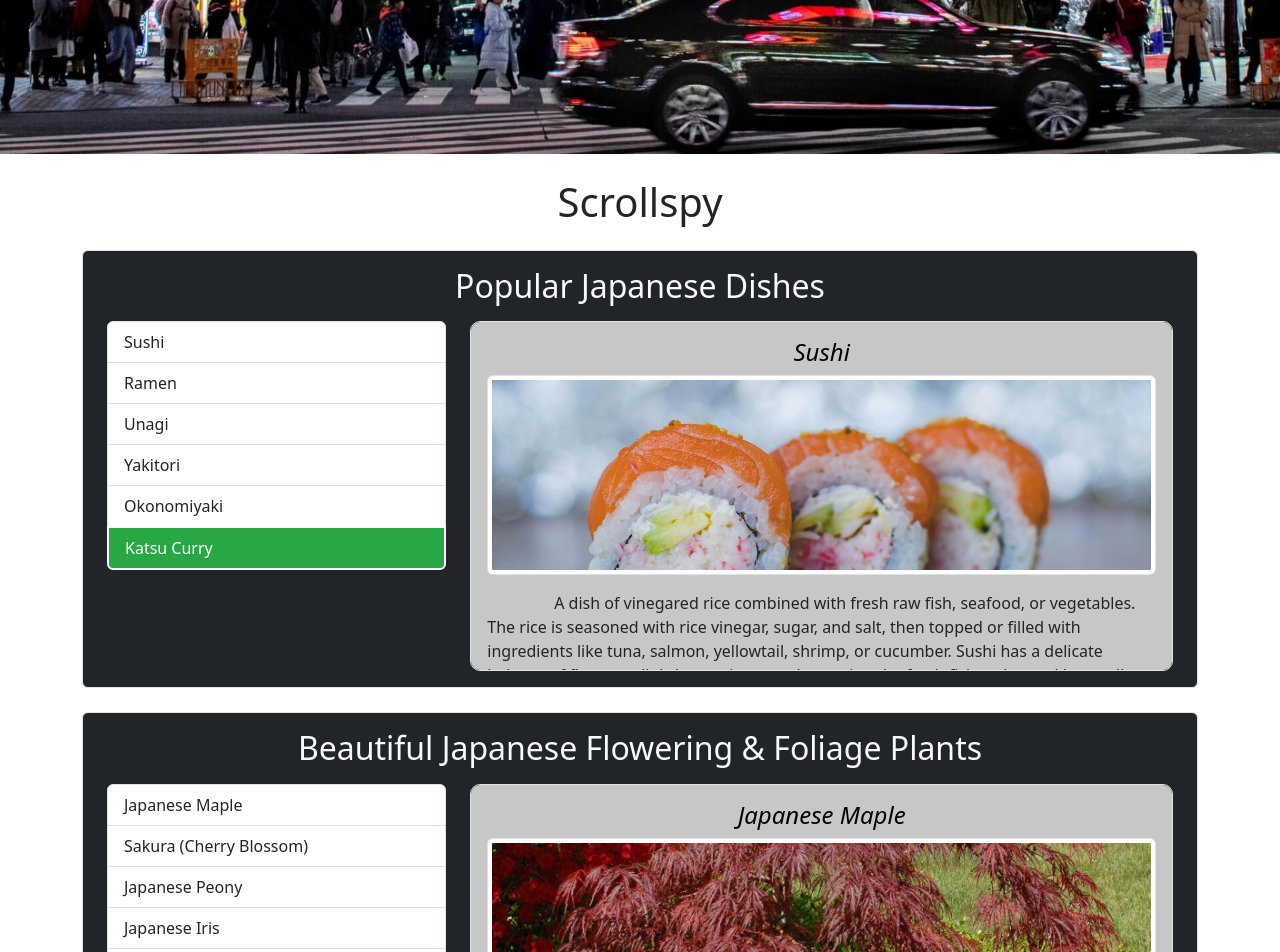
Repository: urielaracena/softwareDev
Page: project1/project1.html
The author's editor kept a copy of each file at every save. The page is drawn from the files as they stood at one save, then again after the next save.
The browser window is 1280 px wide. The pictures show the part of the page from y = 756 to 1708 px (the page is 3425 px tall before and 3025 px after).
A picture or video elsewhere on the page could not be fetched, so the positions and the page height are approximate.

Above is the page before, as saved 2025-04-17 04:30:57.

After the next save:
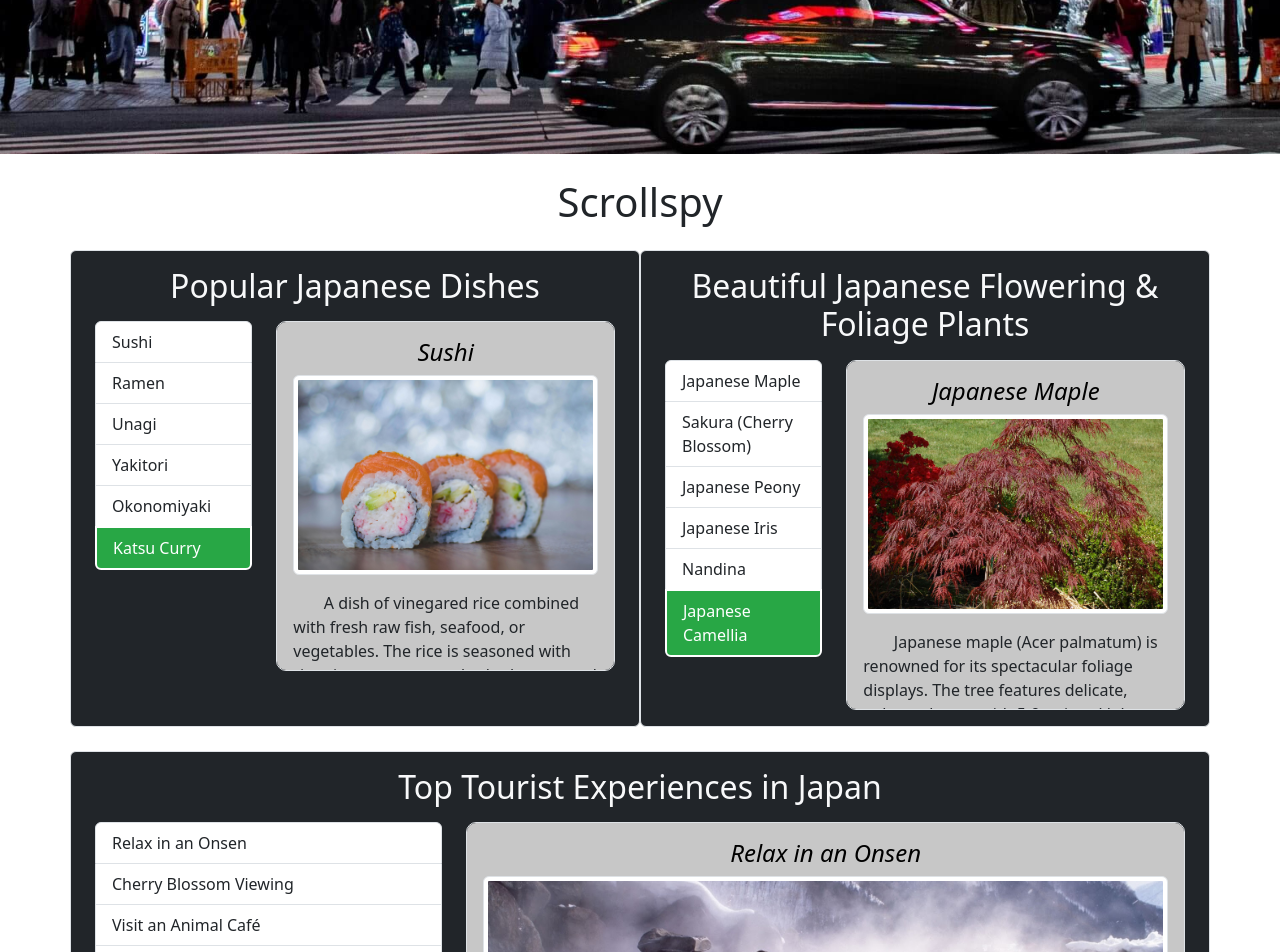
Saved 23 min 38 s later.
--- a/project1/project1.html
+++ b/project1/project1.html
@@ -63,7 +63,8 @@
       <h1 class="title text-center mb-4">Scrollspy</h1>
 
       <!-- First Scrollspy Container -->
-      <article class="scrollspyctnr bg-dark py-3 rounded mb-4">
+    <div class="row">
+      <article class="col scrollspyctnr bg-dark py-3 rounded mb-4">
         <h2 class="text-light text-center mb-3">Popular Japanese Dishes</h2>
         <div class="row">
           <div class="col-4">
@@ -107,7 +108,7 @@
       </article>
 
       <!-- Second Scrollspy Container -->
-      <article class="scrollspyctnr bg-dark py-3 rounded mb-4">
+      <article class=" col scrollspyctnr bg-dark py-3 rounded mb-4">
         <h2 class="text-light text-center mb-3">Beautiful Japanese Flowering & Foliage Plants</h2>
         <div class="row">
           <div class="col-4">
@@ -194,7 +195,7 @@
         </div>
       </article>
     </div>
-
+</div>
 
     <div id="japanCarousel" class="carousel slide carousel-fade my-5" data-bs-ride="carousel">
         <div class="carousel-inner">
